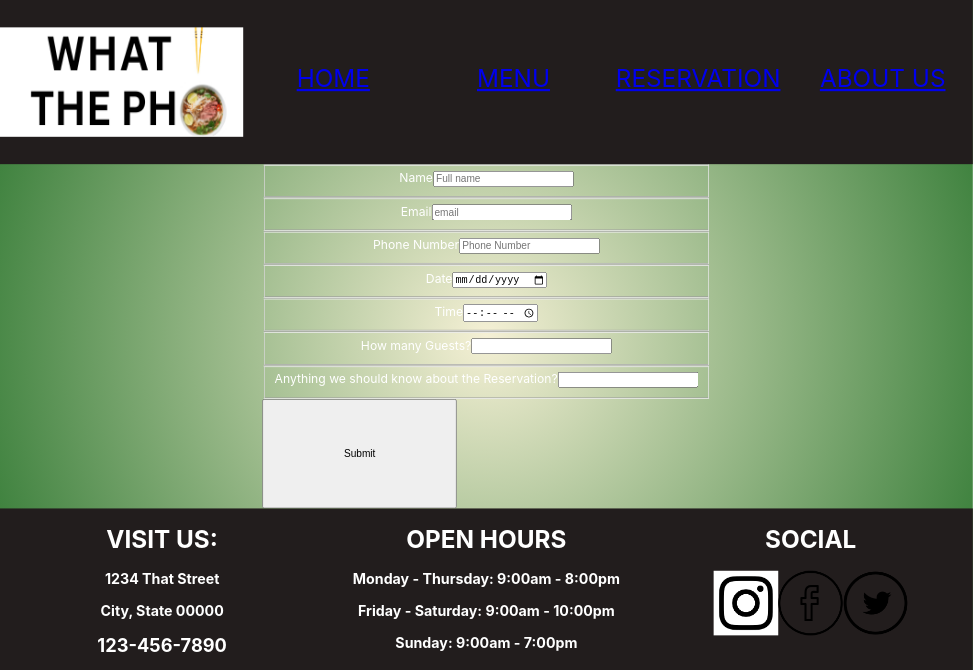
Repository: NguyenkhDang/Restaurant-Website
Page: /reservation
An editor plug-in stored every save of this project. The page is shown before and after the next save, followed by the edit.
The browser window is 1280 px wide. The pictures show the whole page, at 76% of full size.
The project was rebuilt for these pictures with package versions that can differ from the ones it lists, and the page was loaded fresh each time. Also part of the build but not shown: src/CSS/Readmore.css, src/Readmore.js, src/CSS/SectionContainer.css, src/SectionContainer.js, src/CSS/Home.css, src/Pages/HomePage.js, src/Pages/MenuPage.js, src/Pages/AboutUsPage.js and 1 more.

Above is the page before, as saved 2026-01-18 14:44:01.

After the next save:
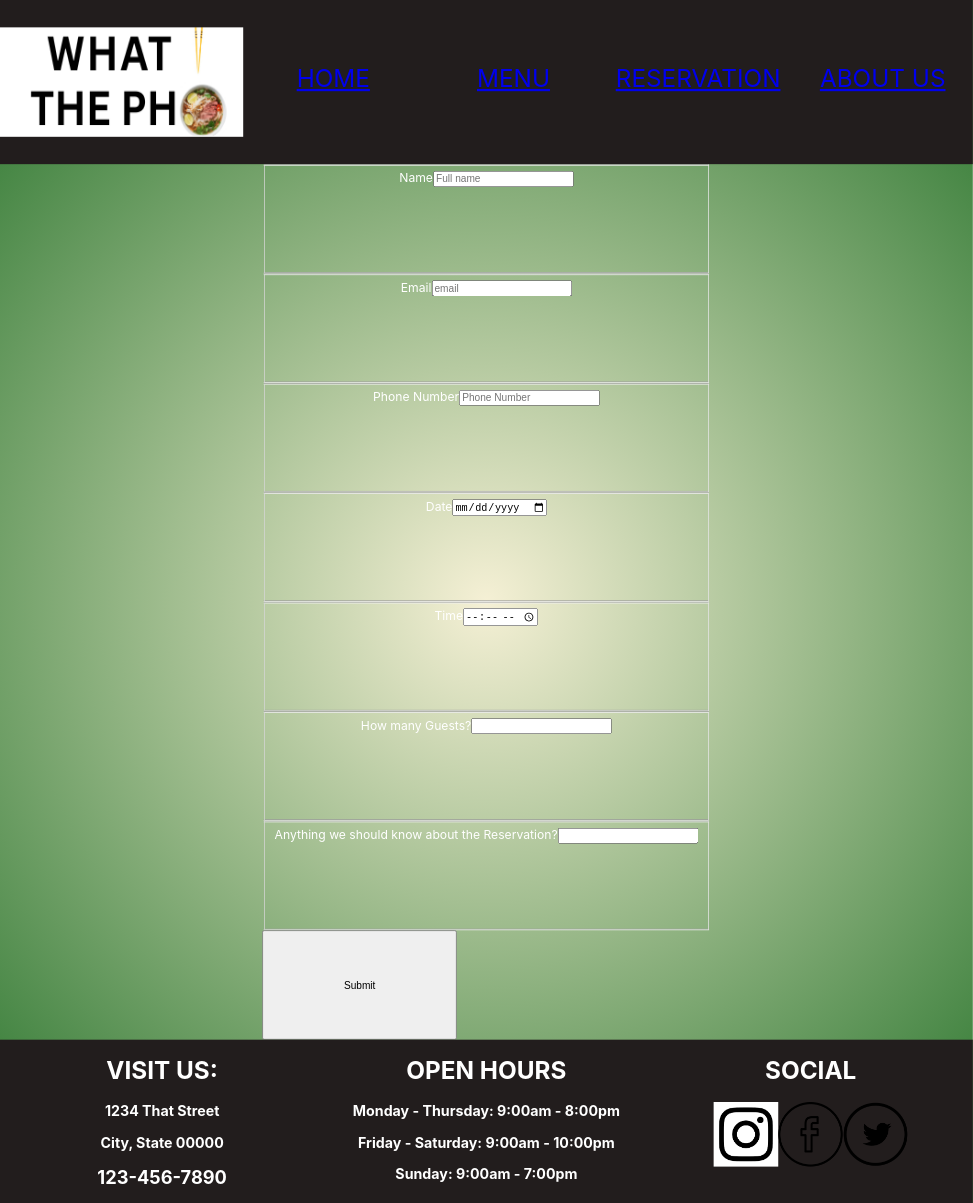
Saved 4 s later.
--- a/src/CSS/ReservationForm.css
+++ b/src/CSS/ReservationForm.css
@@ -1,6 +1,6 @@
 .form{
   display: grid;
-  grid-template-rows: repeat(7, 1fr);
+  grid-template-rows: repeat(8, 1fr);
 }
 
 button{
